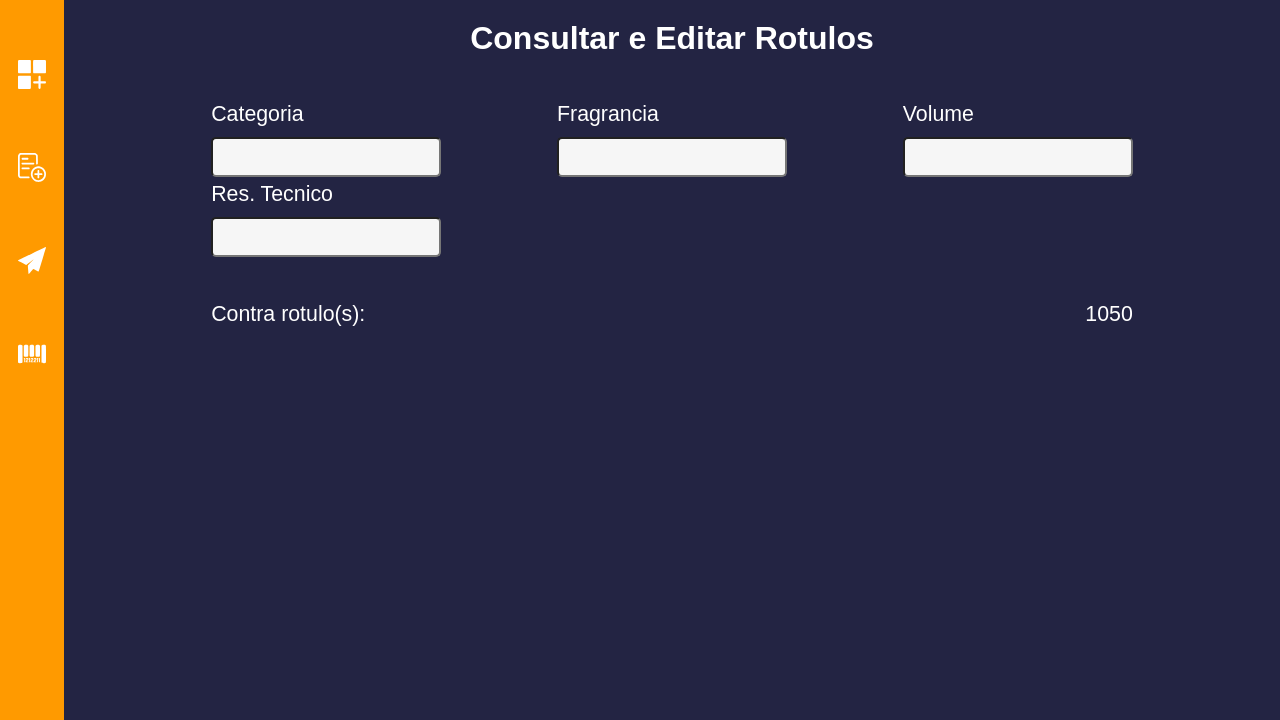
Repository: jeanjanrley/Organizador-de-rotulos
Page: /consultar
An editor plug-in stored every save of this project. The page is shown before and after a run of saves, followed by the edit.
The browser window is 1280 px wide. The pictures show the whole page.
The project was rebuilt for these pictures with package versions that can differ from the ones it lists, and the page was loaded fresh each time. Also part of the build but not shown: src/pages/home/Home.js.

Above is the page before, as saved 2021-06-26 15:57:34.

After the next 5 saves:
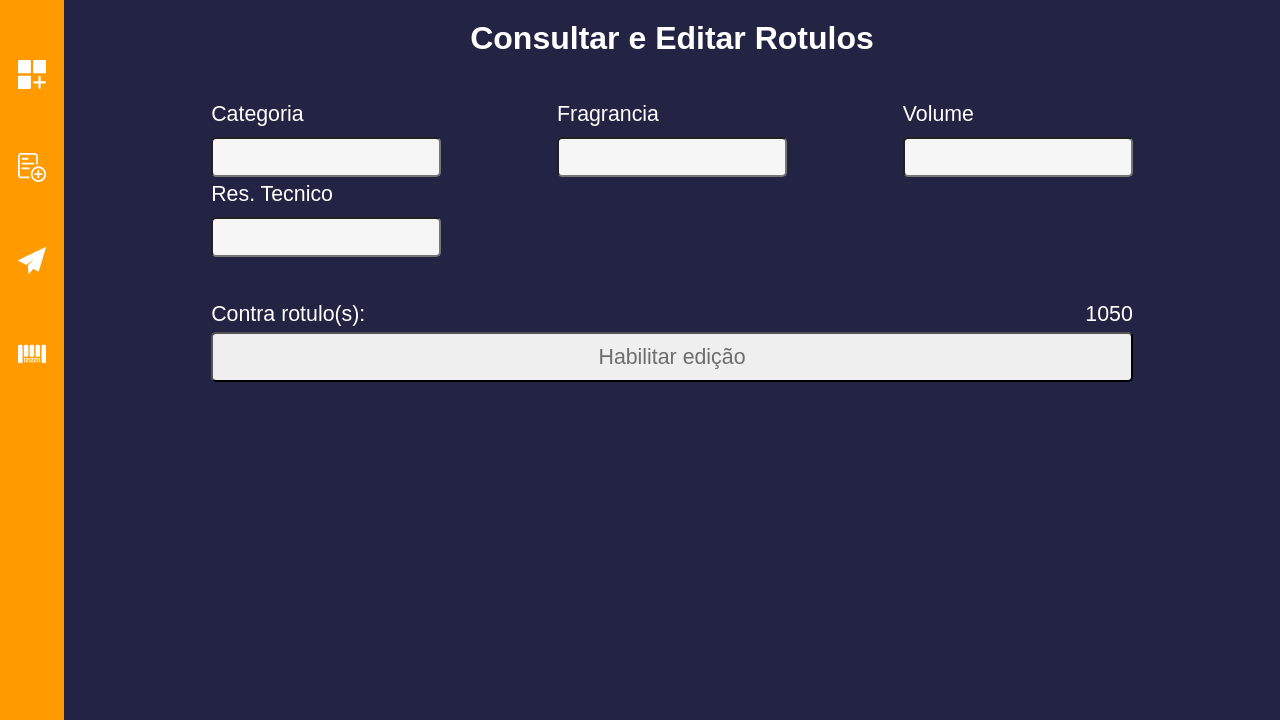
The 5 saves are shown as one change because 3 did not build or start and some came seconds apart.
The last was saved 36 s later.
--- a/src/pages/consultar/index.js
+++ b/src/pages/consultar/index.js
@@ -25,7 +25,7 @@ export default function Home(){
                         <span>{50+1000}</span>
                     </div>
                     <div className="contra-rotulo-area">
-
+                        <button className="edicao">Habilitar edição</button>
                     </div>
                 </div>
 
